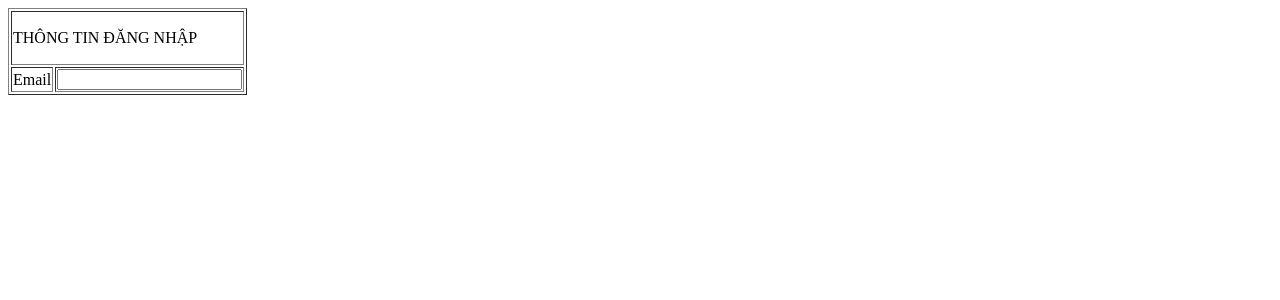
Repository: Vanh260703/Java-Servlet
Page: Bai1_HelloWorld/src/main/webapp/vidu.html
The author's editor kept a copy of each file at every save. The page is drawn from the files as they stood at one save, then again after the next save.
The browser window is 1280 px wide. The pictures show the whole page.

Above is the page before, as saved 2025-02-28 15:59:15.

After the next save:
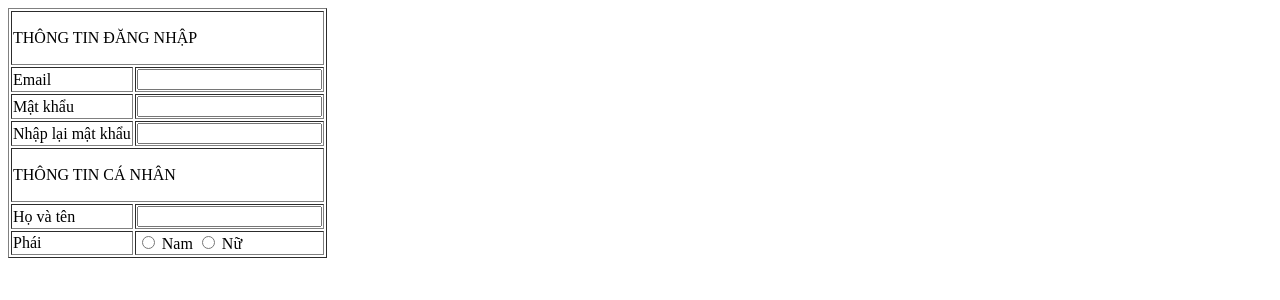
Saved 4 min 34 s later.
--- a/Bai1_HelloWorld/src/main/webapp/vidu.html
+++ b/Bai1_HelloWorld/src/main/webapp/vidu.html
@@ -18,6 +18,45 @@
 					<input type = "email">
 				</td>
 			</tr>
+			<tr>
+				<td>
+					<label>Mật khẩu</label>
+				</td>
+				<td>
+					<input type = "password">
+				</td>
+			</tr>
+			<tr>
+				<td>
+					<label>Nhập lại mật khẩu</label>
+				</td>
+				<td>
+					<input type = "password">
+				</td>
+			</tr>
+			<tr>
+				<td colspan = "2"><p>THÔNG TIN CÁ NHÂN</p></td>
+			</tr>
+			<tr>
+				<td>
+					<label>Họ và tên</label>
+				</td>
+				<td>
+					<input type = "text">
+				</td>
+			</tr>
+			<tr>
+				<td>
+					<label>Phái</label>
+				</td>
+				<td>
+					<input type = "radio" id = "male" name = "male" value = "male">
+					<label for = "male">Nam</label>
+					<input type = "radio" id = "female" name = "female" value = "female">
+					<label for = "male">Nữ</label>
+				</td>
+			</tr>
+
 		</tbody>
 	</table>
 
